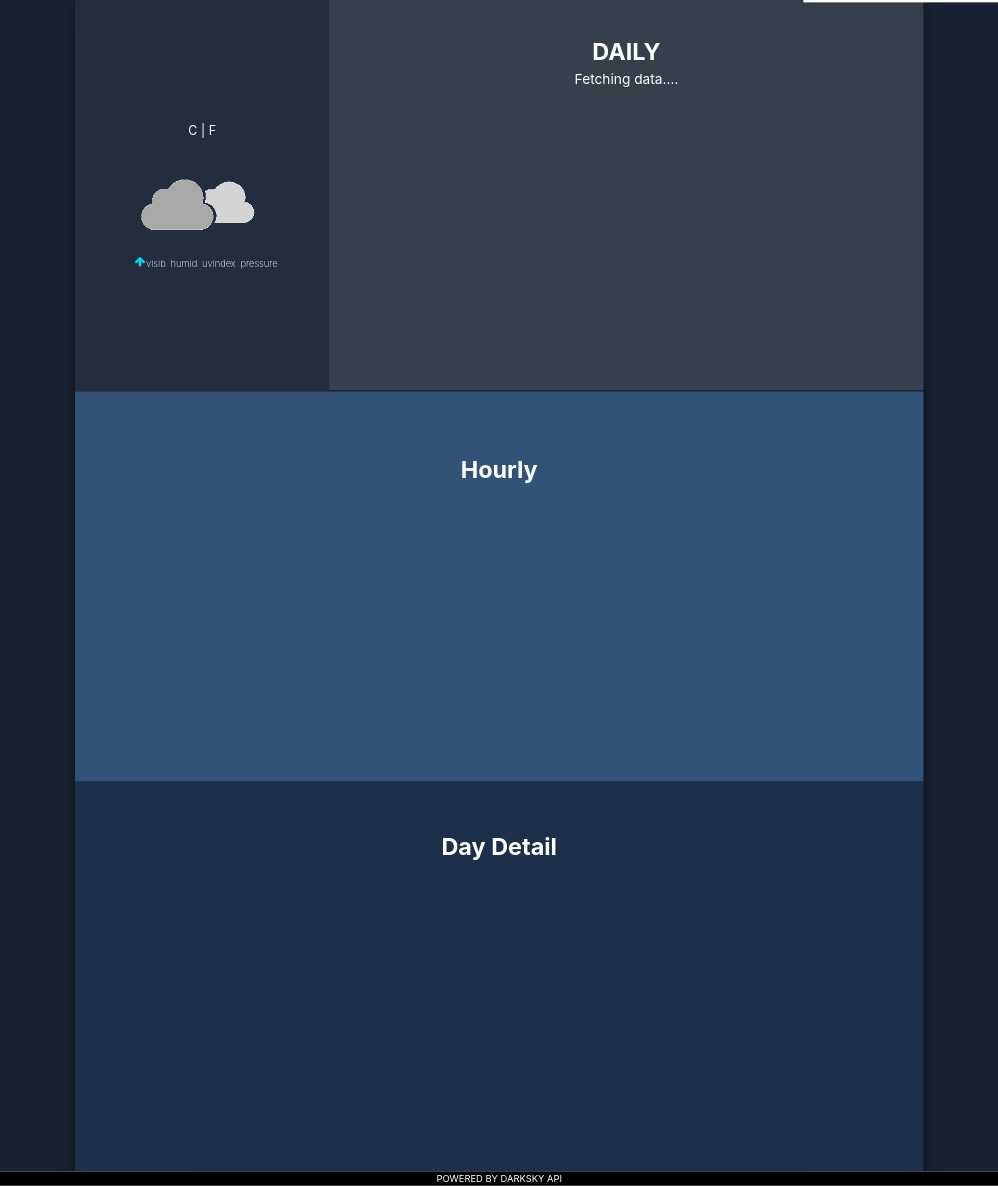
Repository: DOODpls/assignment3_weather
Page: index.html
An editor plug-in stored every save of this project. The page is shown before and after the next save, followed by the edit.
The browser window is 1280 px wide. The pictures show the whole page, at 78% of full size.
Some web fonts or font styles are not loaded; a fallback is used. Some web libraries are served in a nearby version.

Above is the page before, as saved 2020-01-07 19:22:54.

After the next save:
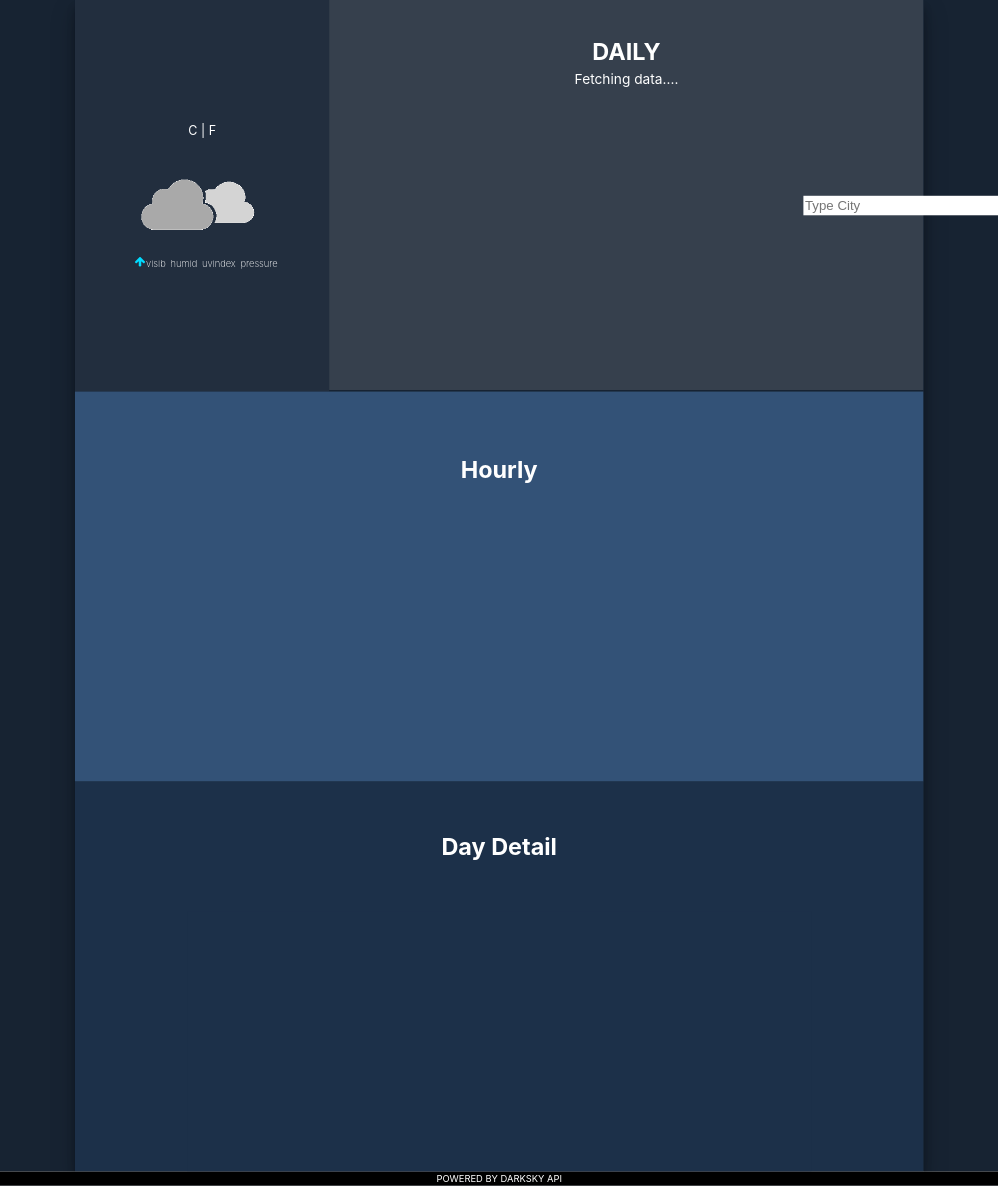
Saved 13 s later.
--- a/styles.css
+++ b/styles.css
@@ -145,7 +145,6 @@
   box-sizing: border-box;
   position: absolute;
   right: 0;
-  top: -22px;
 }
 .sub-info{
   display: flex;
